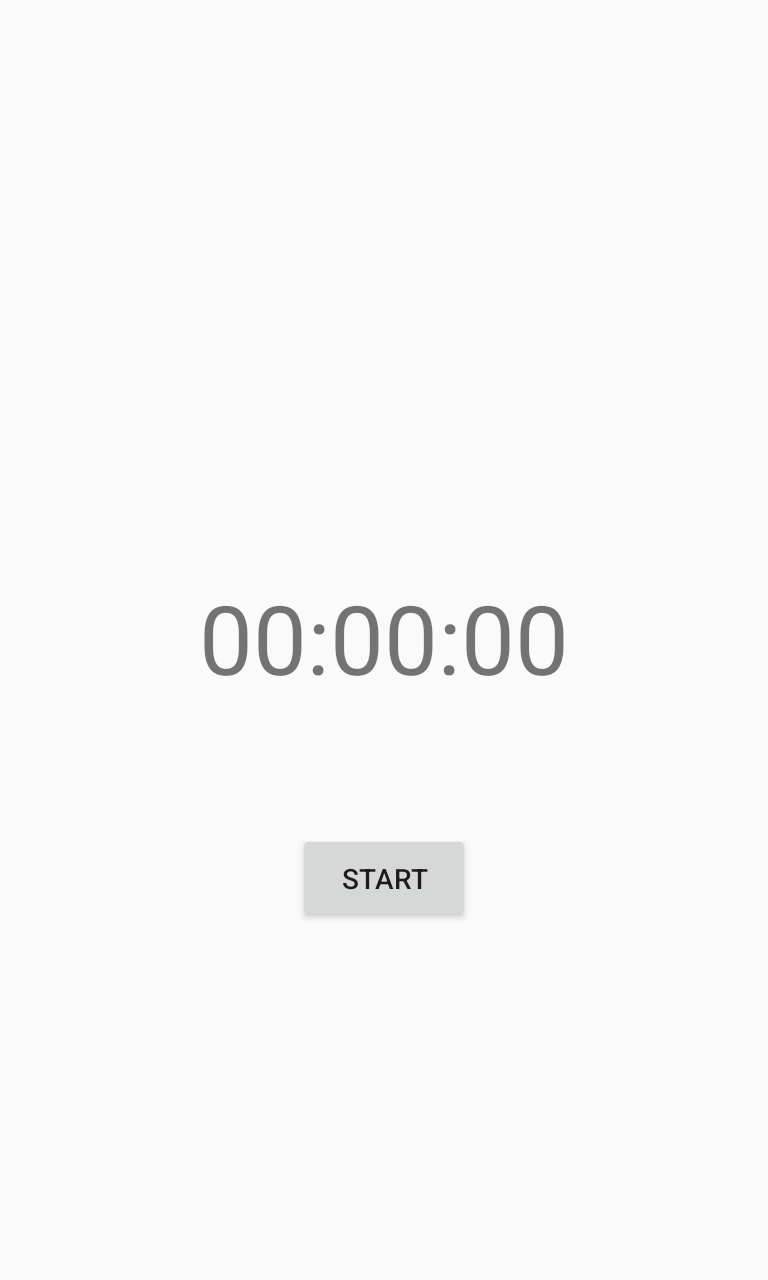
Repository: axxdeveloper/Brightest
Layout: StudyKeeper/res/layout/fragment_start_study.xml
The author's editor kept a copy of each file at every save. The layout is drawn from the files as they stood at one save, then again after the next save.
It is drawn on a 768 x 1280 px phone screen (xhdpi) without system bars, with theme AppTheme; the app's code is not run.

Above is the layout before, as saved 2014-04-21 14:31:34.

### StudyKeeper/res/layout/fragment_start_study.xml
<RelativeLayout xmlns:android="http://schemas.android.com/apk/res/android"
    xmlns:tools="http://schemas.android.com/tools"
    android:layout_width="match_parent"
    android:layout_height="match_parent"
    android:paddingBottom="@dimen/activity_vertical_margin"
    android:paddingLeft="@dimen/activity_horizontal_margin"
    android:paddingRight="@dimen/activity_horizontal_margin"
    android:paddingTop="@dimen/activity_vertical_margin"
    tools:context="net.studykeeper.MainActivity$PlaceholderFragment" >

    <TextView
        android:id="@+id/text_time"
        android:layout_width="wrap_content"
        android:layout_height="wrap_content"
        android:layout_above="@+id/action_start"
        android:layout_centerHorizontal="true"
        android:layout_marginBottom="64dp"
        android:text="@string/init_time"
        android:textSize="@dimen/abc_action_bar_stacked_max_height" />

    <Button
        android:id="@+id/action_start"
        android:layout_width="wrap_content"
        android:layout_height="wrap_content"
        android:layout_alignParentBottom="true"
        android:layout_centerHorizontal="true"
        android:layout_marginBottom="161dp"
        android:text="@string/action_start" />

</RelativeLayout>

### StudyKeeper/res/values/strings.xml
<?xml version="1.0" encoding="utf-8"?>
<resources>

    <string name="app_name">StudyKeeper</string>
    <string name="init_time">00:00:00</string>
    <string name="action_settings">Settings</string>
    <string name="action_start">Start</string>

</resources>

Loaded but not shown: StudyKeeper/res/values/styles.xml (common file); StudyKeeper/res/values-v11/styles.xml (common file); StudyKeeper/res/values-v14/styles.xml (common file); StudyKeeper/res/values/dimens.xml (common file); StudyKeeper/res/values-w820dp/dimens.xml (common file)

After the next save:
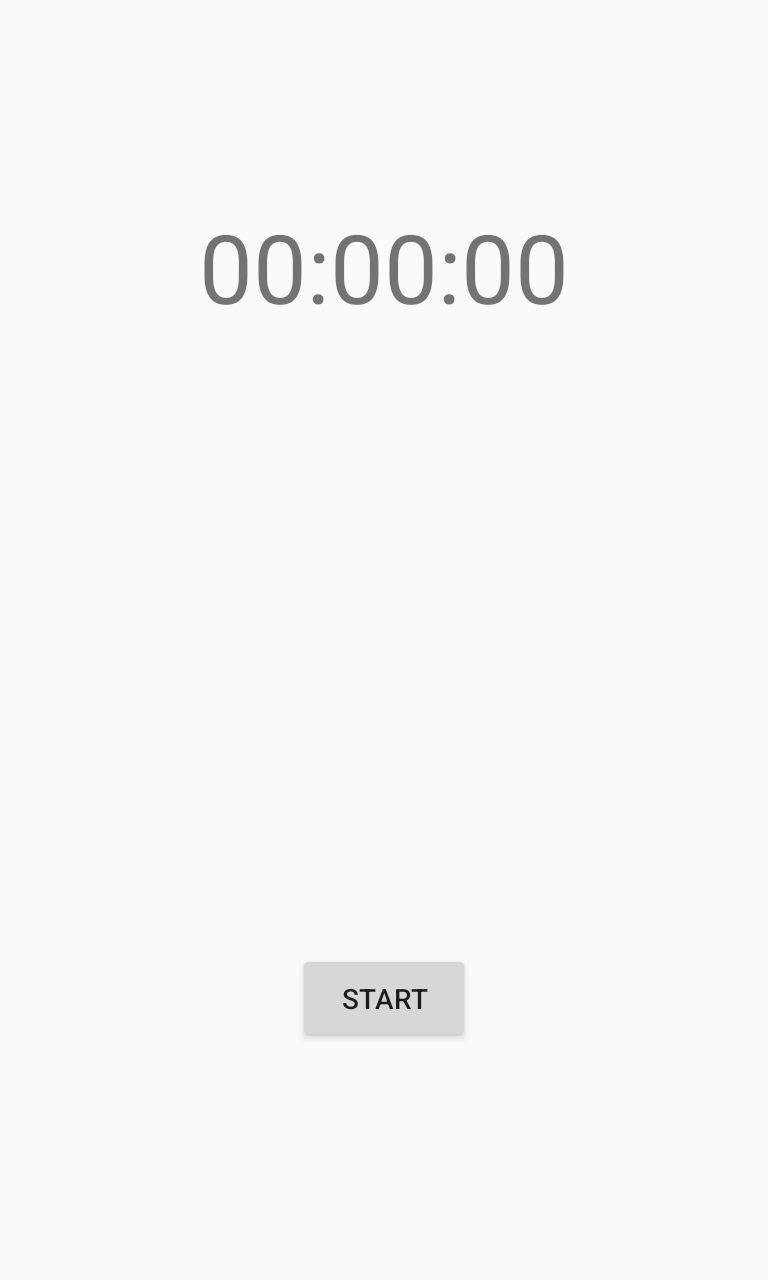
Saved 8 min 16 s later.
--- a/StudyKeeper/res/layout/fragment_start_study.xml
+++ b/StudyKeeper/res/layout/fragment_start_study.xml
@@ -8,23 +8,23 @@
     android:paddingTop="@dimen/activity_vertical_margin"
     tools:context="net.studykeeper.MainActivity$PlaceholderFragment" >
 
-    <TextView
-        android:id="@+id/text_time"
-        android:layout_width="wrap_content"
-        android:layout_height="wrap_content"
-        android:layout_above="@+id/action_start"
-        android:layout_centerHorizontal="true"
-        android:layout_marginBottom="64dp"
-        android:text="@string/init_time"
-        android:textSize="@dimen/abc_action_bar_stacked_max_height" />
-
     <Button
         android:id="@+id/action_start"
         android:layout_width="wrap_content"
         android:layout_height="wrap_content"
         android:layout_alignParentBottom="true"
         android:layout_centerHorizontal="true"
-        android:layout_marginBottom="161dp"
+        android:layout_marginBottom="101dp"
         android:text="@string/action_start" />
 
+    <TextView
+        android:id="@+id/text_time"
+        android:layout_width="wrap_content"
+        android:layout_height="wrap_content"
+        android:layout_alignParentTop="true"
+        android:layout_centerHorizontal="true"
+        android:layout_marginTop="85dp"
+        android:text="@string/init_time"
+        android:textSize="@dimen/abc_action_bar_stacked_max_height" />
+
 </RelativeLayout>
